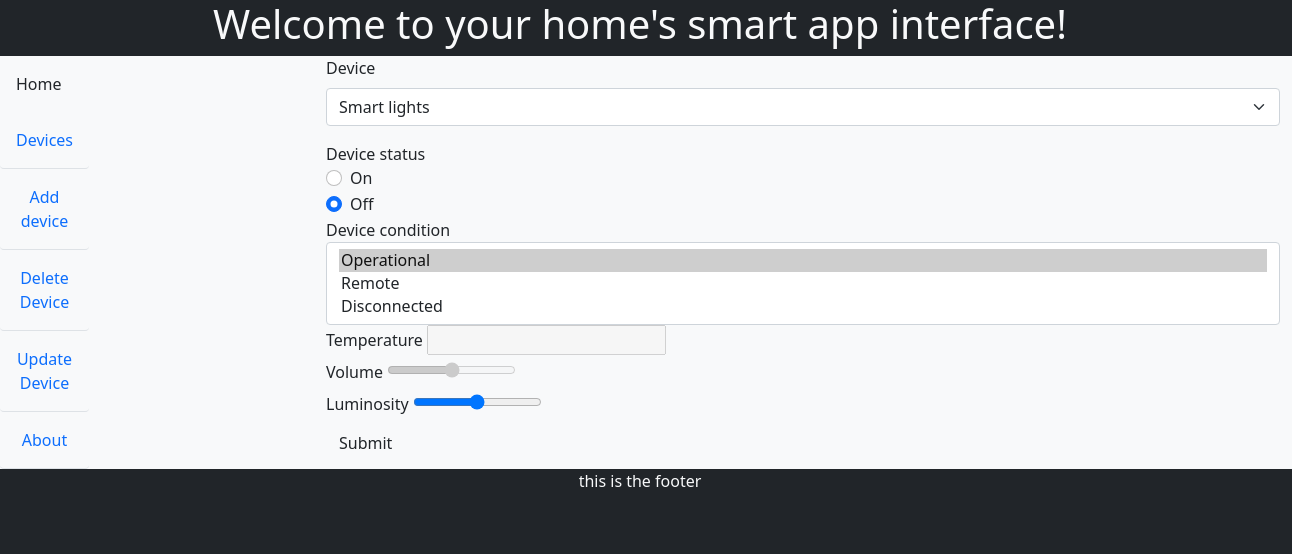
Repository: St-34-lth/stoopid_home
Page: http://localhost/addDevice
These files come from the project's save history. The page is drawn as it stood at one moment and after the next save; the edit follows.
The browser window is 1280 px wide. The page is 1292 px wide, so the pictures cover 1292 px, including what lies to the right of the window. The pictures show the whole page.
The page is served by the project's Node server (index.js).

Above is the page before, as saved 2022-01-14 10:37:46.

After the next save:
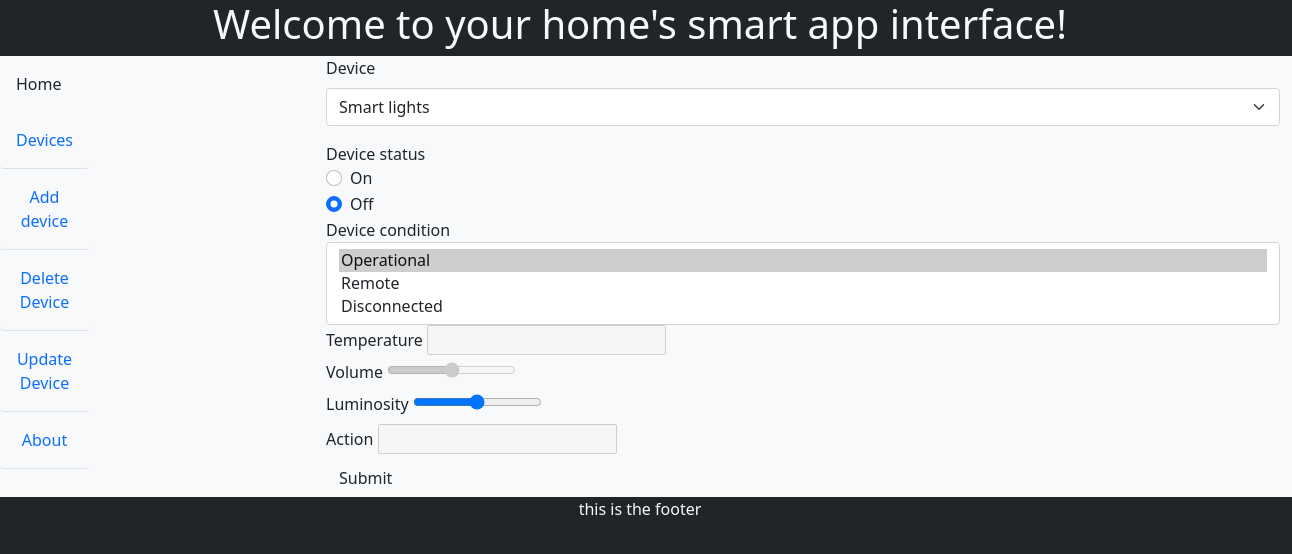
Saved 101 s later.
--- a/views/templates/add.ejs
+++ b/views/templates/add.ejs
@@ -61,7 +61,10 @@ addEventListener('DOMContentLoaded',eventHandler,{'once':true})
                     <span id="luminosityValueContainer"></span>
           </div>
 
-
+          <div id="actionContainer">
+          <label for="action" class="form-label">Action</label>
+          <input class='property' disabled type="text" id="deviceAction" name="action" defaultValue="">
+          </div>
 
 
                     <div id="error"></div>
